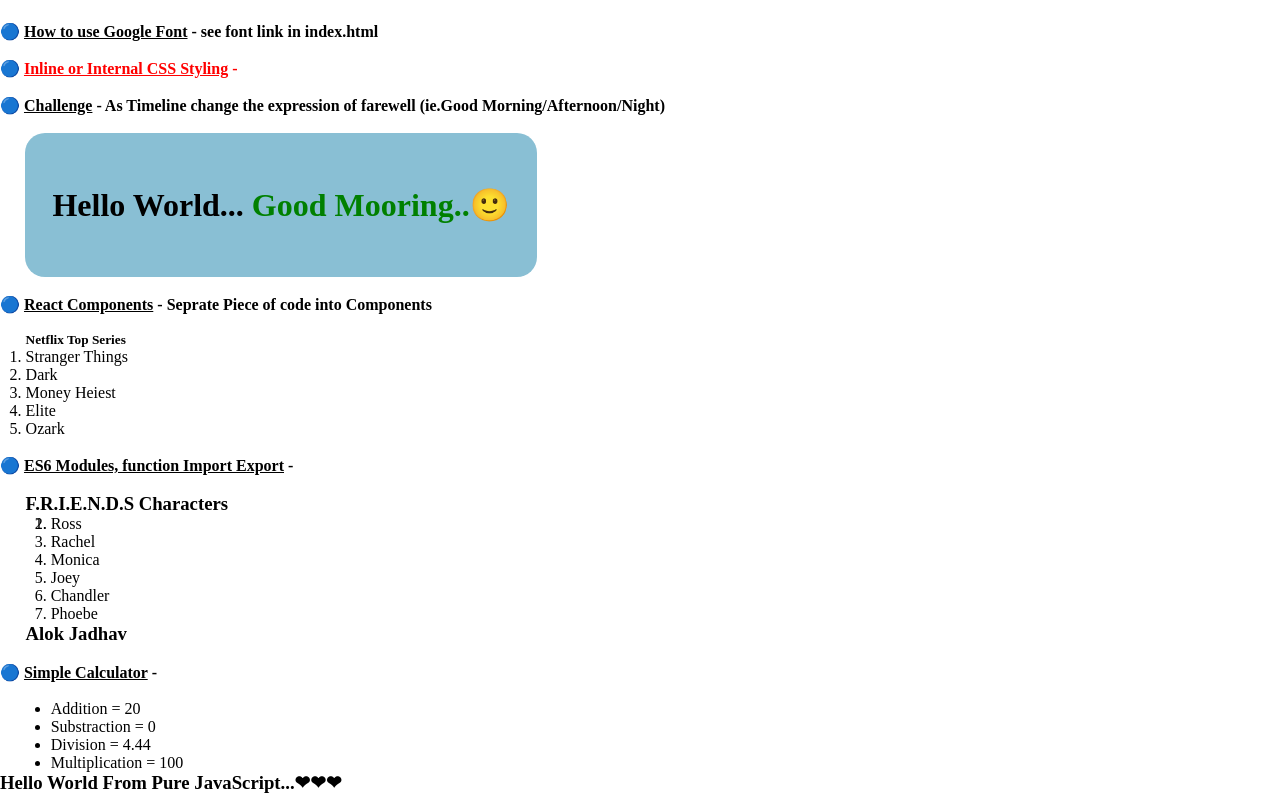
Repository: AalokJadhav/Being_ReactJS
Page: /
The author's editor kept a copy of each file at every save. The page is drawn from the files as they stood at one save, then again after the next save.
The browser window is 1280 px wide. The pictures show the part of the page from y = 620 to 1469 px (the page is 1414 px tall before and 1469 px after).
The project was rebuilt for these pictures with package versions that can differ from the ones it lists, and the page was loaded fresh each time.

Above is the page before, as saved 2021-10-16 16:16:27.

After the next save:
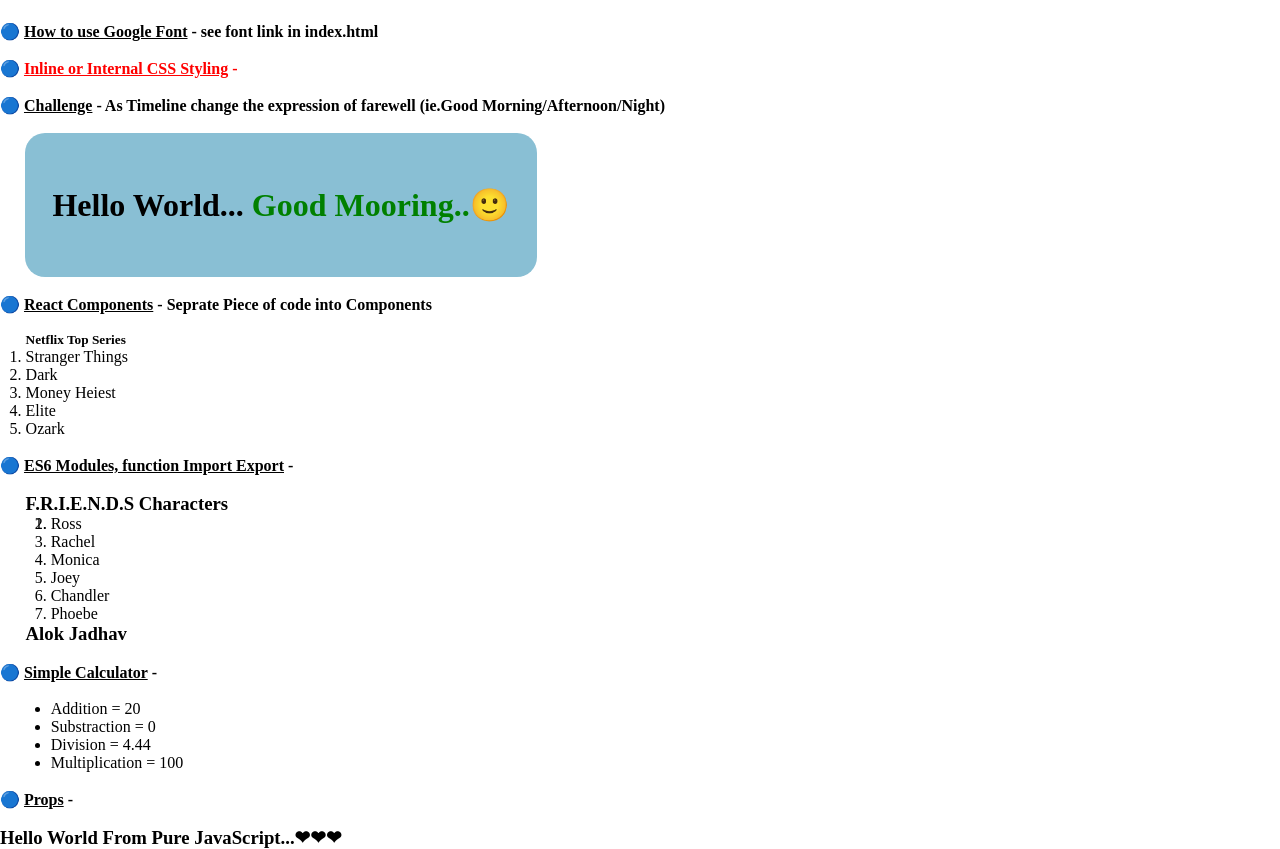
Saved 16 min 29 s later.
--- a/src/index.js
+++ b/src/index.js
@@ -93,6 +93,12 @@ ReactDom.render(
         <li>Multiplication = {mul(10, 10)} </li>
       </ul>
     </div>
+    <br />
+
+    <h4>🔵 <u>Props</u> - </h4><br />
+    <div className="content">
+
+    </div>
   </>,
   document.getElementById('root'));
 <br />
